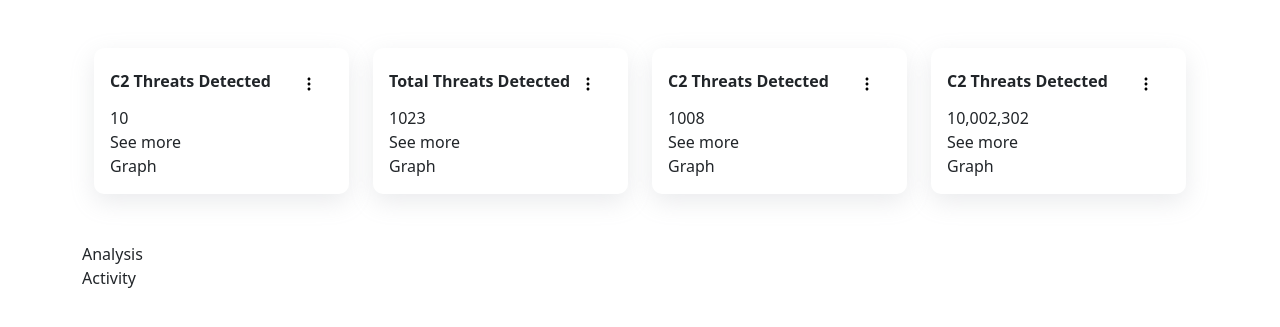
Repository: badhon252/dashboard
Page: /
An editor plug-in stored every save of this project. The page is shown before and after the next save, followed by the edit.
The browser window is 1280 px wide. The pictures show the whole page.
The project was rebuilt for these pictures with package versions that can differ from the ones it lists, and the page was loaded fresh each time. Also part of the build but not shown: vite.config.js, src/App.css.

Above is the page before, as saved 2023-01-27 01:26:14.

### index.html
<!DOCTYPE html>
<html lang="en">

<head>
    <meta charset="UTF-8" />
    <link rel="icon" type="image/svg+xml" href="/vite.svg" />
    <meta name="viewport" content="width=device-width, initial-scale=1.0" />
    <!-- bootsrap cdn  -->
    <link rel="stylesheet" href="https://cdn.jsdelivr.net/npm/bootstrap@5.2.3/dist/css/bootstrap.min.css">
    <title>DashBoard</title>
</head>

<body>
    <div id="root"></div>

    <script type="module" src="/src/index.jsx"></script>
    <!-- bootsrap cdn  -->
    <script type="module" src="https://cdn.jsdelivr.net/npm/bootstrap@5.2.3/dist/js/bootstrap.bundle.min.js"></script>
</body>

</html>

### src/App.jsx
import './App.css'
import Activity from './Components/Activity/Activity'
import Analysis from './Components/Analysis/Analysis'
import Status from './Components/Status/Status'

function App() {

  return (
    <div className="container">
      <Status/>
      <Analysis/>
      <Activity/>
    </div>
  )
}

export default App

### src/Components/Activity/Activity.jsx
import React from 'react';

const Activity = () => {
    return (
        <div>
            Activity
        </div>
    );
}

export default Activity;

### src/Components/Analysis/Analysis.jsx
import React from 'react'

export default function Analysis() {
  return (
    <div>Analysis</div>
  )
}

### src/Components/Status/Status.jsx
import React from 'react'
import "./Status.css"
import StatusCard from './StatusCard';
import dotIcon from "../../assets/dot.svg"

export default function Status() {
  return (
    <div id="status" className='container'>
      <div className='row' >

        <div className="col-md-3">
            <StatusCard title="C2 Threats Detected" icon={dotIcon} amount="10" link={null}/>
        </div>
        <div className="col-md-3">
            <StatusCard title="Total Threats Detected" icon={dotIcon} amount="1023" link={null}/>
        </div>
        <div className="col-md-3">
            <StatusCard title="C2 Threats Detected" icon={dotIcon} amount="1008" link={null}/>
        </div>
        <div className="col-md-3">
            <StatusCard title="C2 Threats Detected" icon={dotIcon} amount="10,002,302" link={null}/>
        </div>

      </div>
    </div>
  )
}

### src/Components/Status/Status.css
/* Card css  */

.myCard {
    border-radius: 5px;
    cursor: pointer;
    transition: all 0.3s ease-in-out;
    width: 100%;
    box-shadow: rgba(149, 157, 165, 0.2) 0px 8px 24px;
    border-radius: 10px;
}

.myCard_title {
    font-size: 1rem;
    font-weight: bold;
    margin: 0.5rem 0;
}

### src/Components/Status/StatusCard.jsx

import "./Status.css"

export default function StatusCard({title, icon, amount, link}) {
  return (
      <div className="myCard my-5 p-3" >
        <div className="myCard_Head d-flex justify-content-between" >
          <h3 className='myCard_title'>{title}</h3>
          <h3 className='myCard_icon'>
            <img className="img-fluid w-50" src={icon} alt=":" />
          </h3>
        </div>
        <div className="myCard_value">{amount}</div>
        <div className="myCard_data">
         <div className="link">
          <a href={link}>See more</a>
         </div>
         <div className="myCard_Graph">Graph</div>
        </div>
      </div>

  )
}

Loaded but not shown: src/index.jsx (common file)

After the next save:
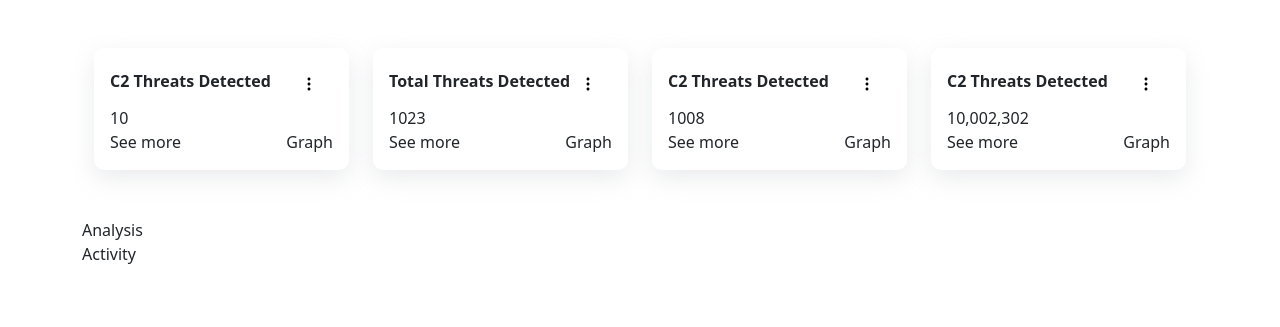
Saved 2 min 14 s later.
--- a/src/Components/Status/StatusCard.jsx
+++ b/src/Components/Status/StatusCard.jsx
@@ -10,12 +10,14 @@ export default function StatusCard({title, icon, amount, link}) {
             <img className="img-fluid w-50" src={icon} alt=":" />
           </h3>
         </div>
+
         <div className="myCard_value">{amount}</div>
-        <div className="myCard_data">
-         <div className="link">
-          <a href={link}>See more</a>
-         </div>
-         <div className="myCard_Graph">Graph</div>
+
+        <div className="myCard_data d-flex justify-content-between" >
+          <div className="link">
+            <a href={link}>See more</a>
+          </div>
+          <div className="myCard_Graph">Graph</div>
         </div>
       </div>
 
